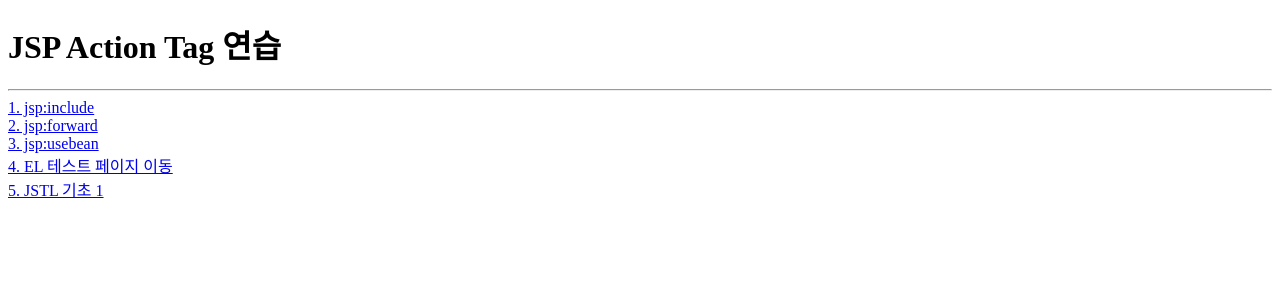
Repository: ajtwls1256/Web-workspace
Page: Day55-jspTag/WebContent/index.html
An editor plug-in stored every save of this project. The page is shown before and after a run of saves, followed by the edit.
The browser window is 1280 px wide. The pictures show the whole page.

Above is the page before, as saved 2019-10-14 04:38:41.

After the next 4 saves:
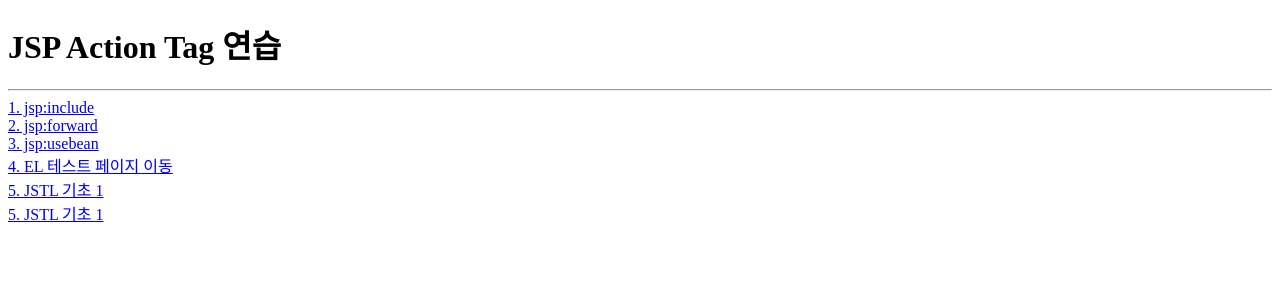
The 4 saves are shown as one change because 1 did not build or start and some came seconds apart.
The last was saved 4 min 48 s later.
--- a/Day55-jspTag/WebContent/index.html
+++ b/Day55-jspTag/WebContent/index.html
@@ -17,5 +17,7 @@
 	<a href="/jsp/EL/jsp_EL.html">4. EL 테스트 페이지 이동</a><br>
 
 	<a href="/jsp/JSTL/jsp_JSTL_Basic1.jsp">5. JSTL 기초 1</a><br>
+
+	<a href="/jsp/JSTL/jsp_JSTL_Basic2.jsp">5. JSTL 기초 1</a><br>
 </body>
 </html>
